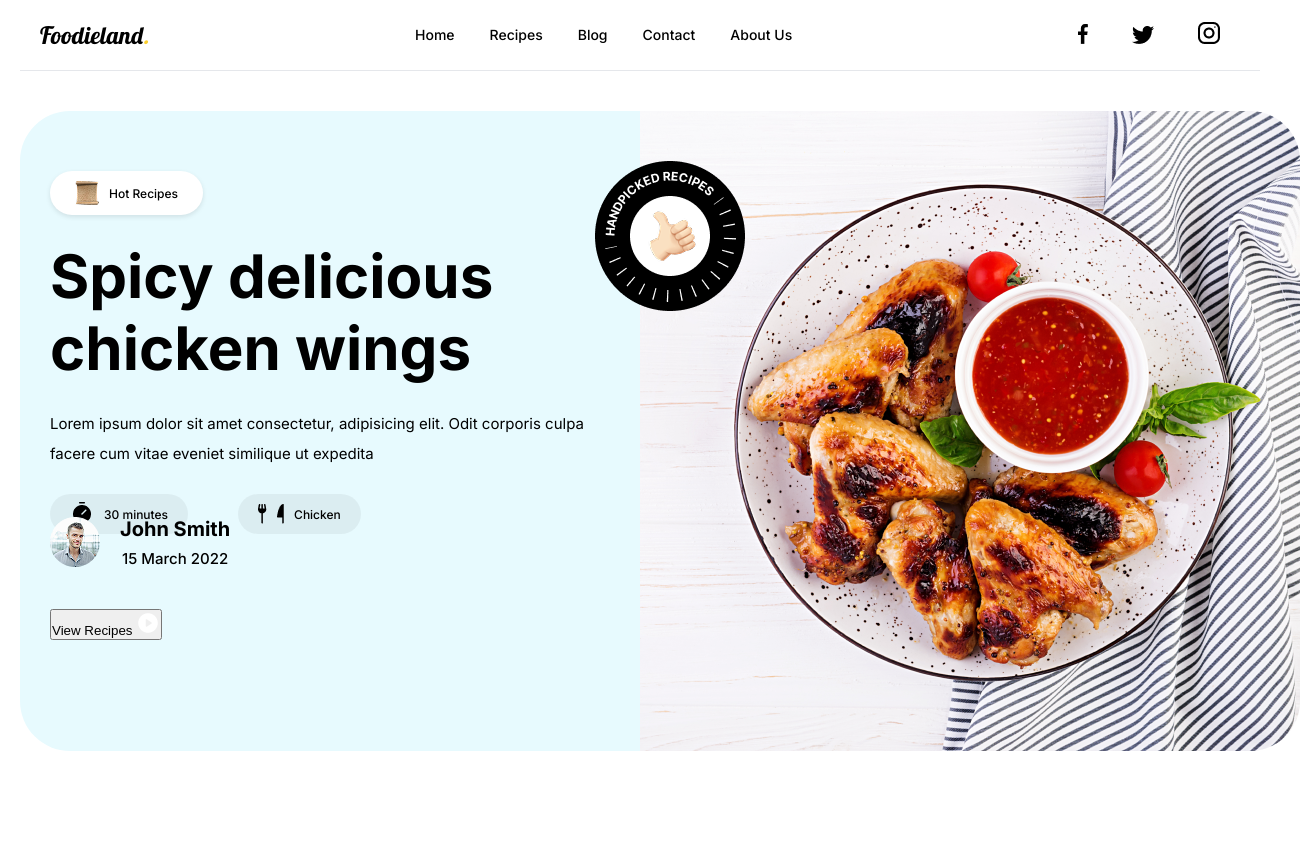
Repository: SolomonChinonso/Advanced-html-and-css-project
Page: index.html
These files come from the project's save history. The page is drawn as it stood at one moment and after the next save; the edit follows.
The browser window is 1280 px wide. The page is 1300 px wide, so the pictures cover 1300 px, including what lies to the right of the window. The pictures show the whole page.

Above is the page before, as saved 2026-04-16 13:36:18.

### index.html
<!DOCTYPE html>
<html lang="en">
<head>
    <meta charset="UTF-8">
    <meta name="viewport" content="width=device-width, initial-scale=1.0">
    <title>Document</title>
    <link rel="stylesheet" href="style.css">
    <link href="https://fonts.googleapis.com/css2?family=Lobster&display=swap" rel="stylesheet">
    <link href="https://fonts.googleapis.com/css2?family=Inter:wght@400;500;600;700&display=swap" rel="stylesheet">
</head>
<body>
    <header>
        <strong class="logo">Foodieland<em class="dot">.</em></strong>
        <nav>

            <ul>
                <li><a href="#">Home</a></li>
                <li><a href="#">Recipes</a></li>
                <li><a href="#">Blog</a></li>
                <li><a href="#">Contact</a></li>
                <li><a href="#">About Us</a></li>
            </ul>

        </nav>
        <section class="social-handles">
                <a href="#"><img src="./social-icons/001-facebook.png" alt="facebook"></a>
                <a href="#"><img src="./social-icons/003-twitter.png" alt=""></a>
                <a href="#"><img src="./social-icons/004-instagram.png" alt=""></a>
        </section>
    </header>

    <section class="banner">
        <div class="badge">
            <img src="./images/Badge.png" alt="">
        </div>
        <div class="banner-section">

            <div class="details">
                <span class="hot-recipe"><img src="./social-icons/image 14 (1).png" alt="">Hot Recipes</span>

                <h1>Spicy delicious chicken wings
                </h1>

                <p> Lorem ipsum dolor sit amet consectetur, adipisicing elit. Odit corporis culpa facere cum vitae eveniet similique ut expedita
                </p>

                <div class="timer-utensils">
                    <span><img src="./social-icons/Timer.png" alt="timer">30 minutes</span>

                    <span><img src="./social-icons/Vector (1).png" alt=""><img src="./social-icons/Vector.png" alt=""> Chicken
                    </span>
                </div>

                <div class="author-profile">

                    <span>
                        <img src="./social-icons/Ellipse 2 (1).png" alt="">
                    </span>
                    <span class="author-details">
                            <strong>John Smith</strong><p>15 March 2022</p>
                    </span>
            </div>

                <button type="button">View Recipes <img src="./social-icons/PlayCircle.png" alt="">
                </button>

           </div>
            <div class="banner-img">
                <img src="./images/Mask Group.png" alt="">
            </div>
        </div>
    </section>
</body>
</html>

### style.css
*{
    margin: 0;
    padding: 0;
    box-sizing: border-box;
}
body{
    max-width: 100vw;
    margin: 0 20px;
    padding: 0;

}
header{
    display: flex;
    flex-direction: row;
    justify-content: space-between;
    align-items: center;
    text-align: center;
    margin: 0px;
    padding: 20px;
    flex-wrap: wrap;
    border-bottom: 1px solid #e5e7eb;
}
nav{
    display: flex;
    justify-content: space-between;
    flex-wrap: wrap;
}
nav ul{
    display: flex;
    list-style: none;
    justify-content: space-between;
    text-align: center;
    flex-wrap: wrap;
    gap: 35px;
}
li a{
    text-decoration: none;
    color: black;
    font-family: inter;
    font-weight: 500;
    font-size: 14px;
    letter-spacing: -3%;
}

.social-handles a{
    padding: 20px;
    flex-wrap: wrap;
}
.logo{
    font-family: lobster;
    font-weight: 400;
    font-size: 24px;
}
.dot{
    color:rgb(251, 207, 47)
}
.banner{
    display: flex;
    flex-direction: column;
    justify-content: center;
    align-items: center;
    flex-wrap: wrap;
    position: relative;
    margin-top: 0;
    padding: 0;
    top: -110px;
    font-family: inter;

}
.badge{
    width: 150px;
    display: flex;
    position: relative;
    top: 200px;
    right: -30px;

}
.banner-section{
    display: flex;
    align-items: center;
    justify-content: center;
    flex: 0 auto;
    height: 640px;
    width: 100%;
    border-radius: 15px;
    flex-wrap: wrap;

}
.details{
    display: flex;
    flex-direction: column;
    justify-content: start;
    align-items: flex-start;
    background-color: #E7FAFE;
    min-width: 50%;
    height: 100%;
    padding: 30px;
    border-radius: 50px 0 0 50px;
    flex: 1;
    width: 640px;
}
.banner-img{
    display: flex;
    min-width: 50%;
    height: 100%;
    flex: 1;
    /* object-fit: fill; */
    width: 660px;
}
span{
    display: flex;
    justify-content: center;
    align-items: center;
    font-family: inter;
    font-size: 12px;
    font-weight: 500;
    gap: 10px;
}
.hot-recipe{
    background-color: white;
    padding: 10px 25px;
    border-radius: 30px;
    box-shadow: 0 2px 5px rgba(0,0,0,0.1);
    margin-top: 30px;
}
h1{
    font-size: 60px;
    margin: 25px 0;
}
p{
    font-size: 15px;
    line-height: 30px;
    margin-bottom: 25px;
}
.timer-utensils{
    display: flex;
    gap: 50px;
}
.timer-utensils span{
    background-color: rgba(0,0,0,0.05);
    padding: 8px 20px;
    border-radius: 20px;
}
.author-profile{
    display: flex;
    text-align: center;
    justify-content: center;
    gap: 20px;
    position: relative;
    bottom: 30px;
}
.author-details{
    display: flex;
    flex-direction: column;
    position: relative;
    top: 20px;
    line-height: 10px;

}
.author-details strong{
    font-size: 20px;
}

After the next save:
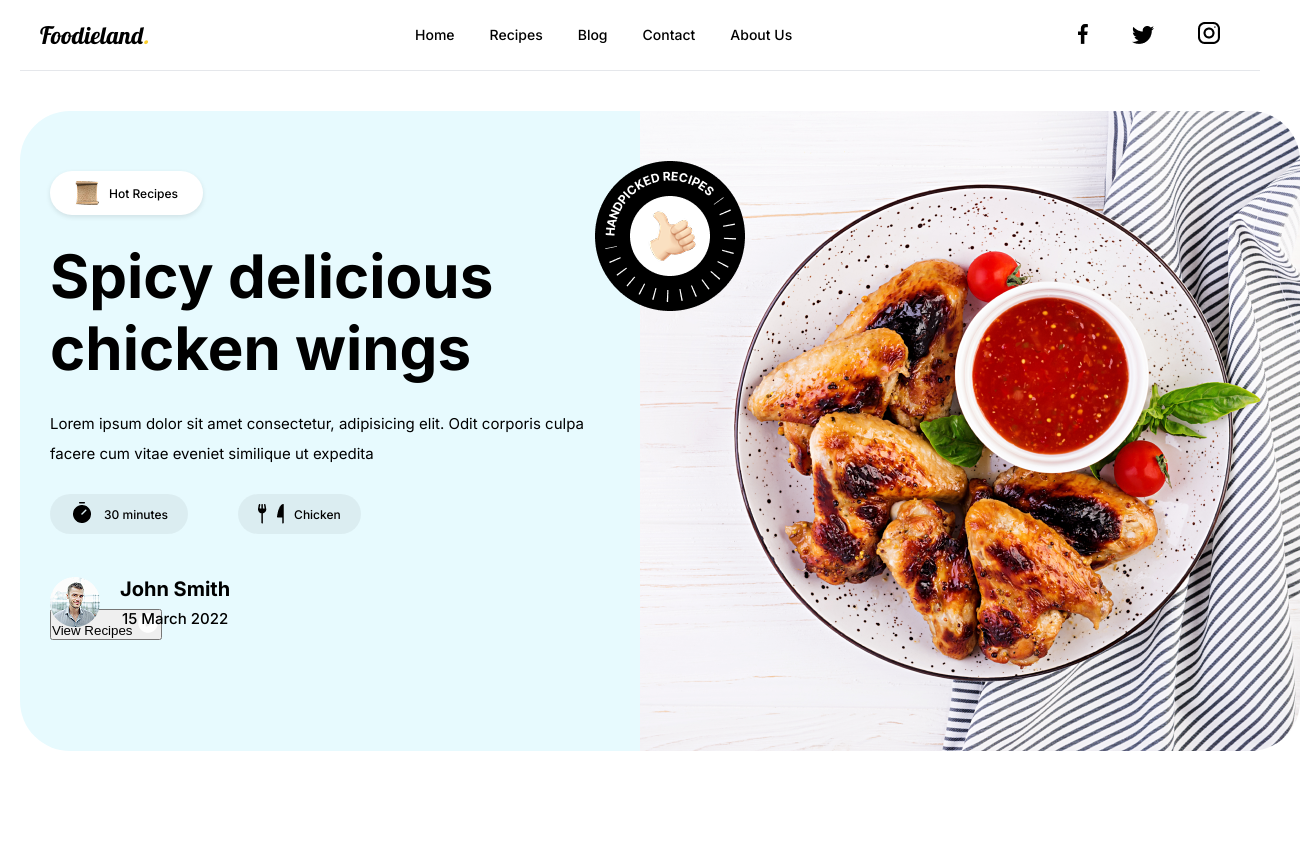
Saved 6 s later.
--- a/style.css
+++ b/style.css
@@ -147,7 +147,7 @@ p{
     justify-content: center;
     gap: 20px;
     position: relative;
-    bottom: 30px;
+    bottom: -30px;
 }
 .author-details{
     display: flex;
